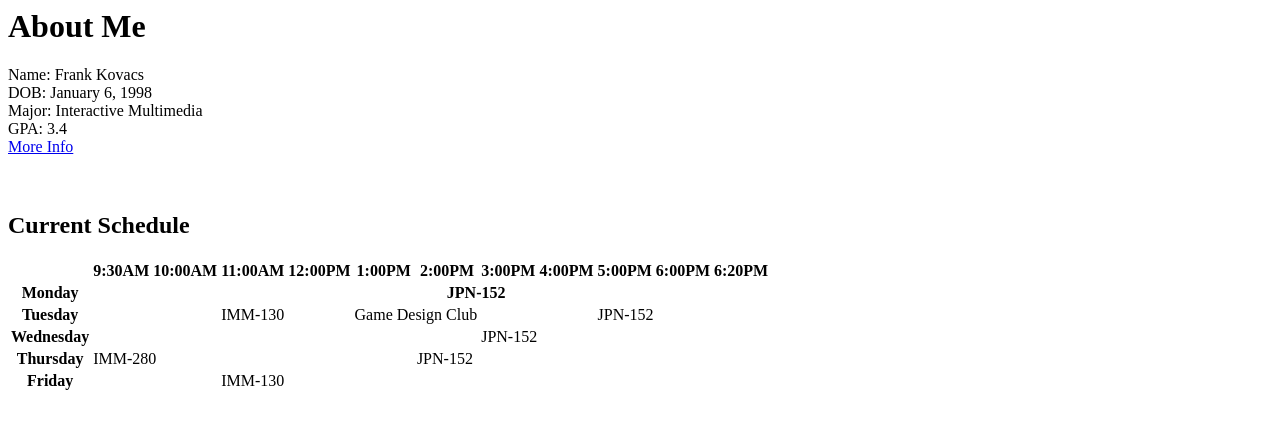
Repository: kovacsf2/imm130v2
Page: personal/index.html
The author's editor kept a record of every edit. The page is drawn from the files as they stood at one moment, then again after the next edit.
The browser window is 1280 px wide. The pictures show the whole page.

Above is the page before.

After the next edit:
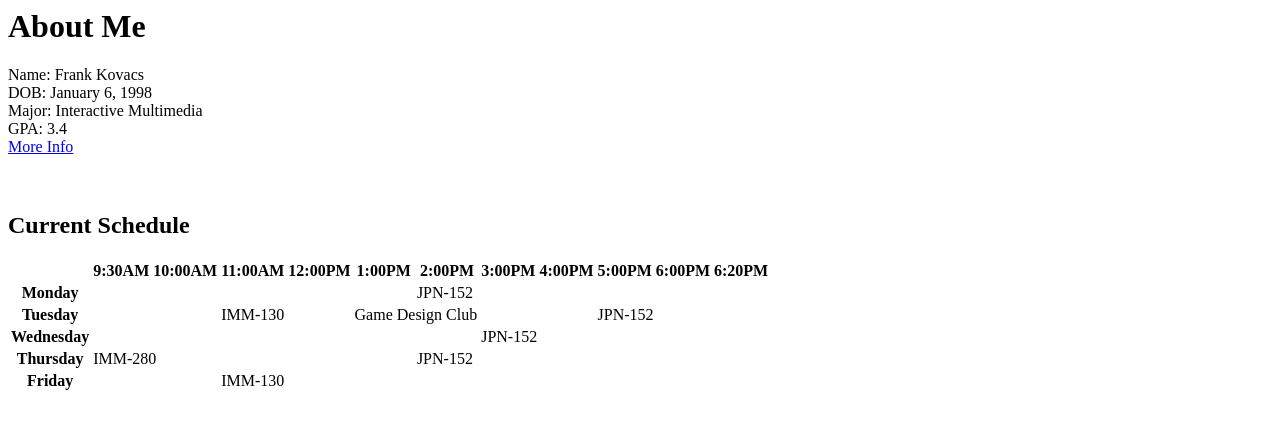
The edit:
--- a/personal/index.html
+++ b/personal/index.html
@@ -32,9 +32,9 @@
             </tr>
             <tr>
                 <th>Monday</th>
-                <th colspan="5"></th>
-                <th colspan="2">JPN-152</th>
-                <th colspan="4"></th>
+                <td colspan="5"></td>
+                <td colspan="2">JPN-152</td>
+                <td colspan="4"></td>
             </tr>
             <tr>
                 <th>Tuesday</th>
